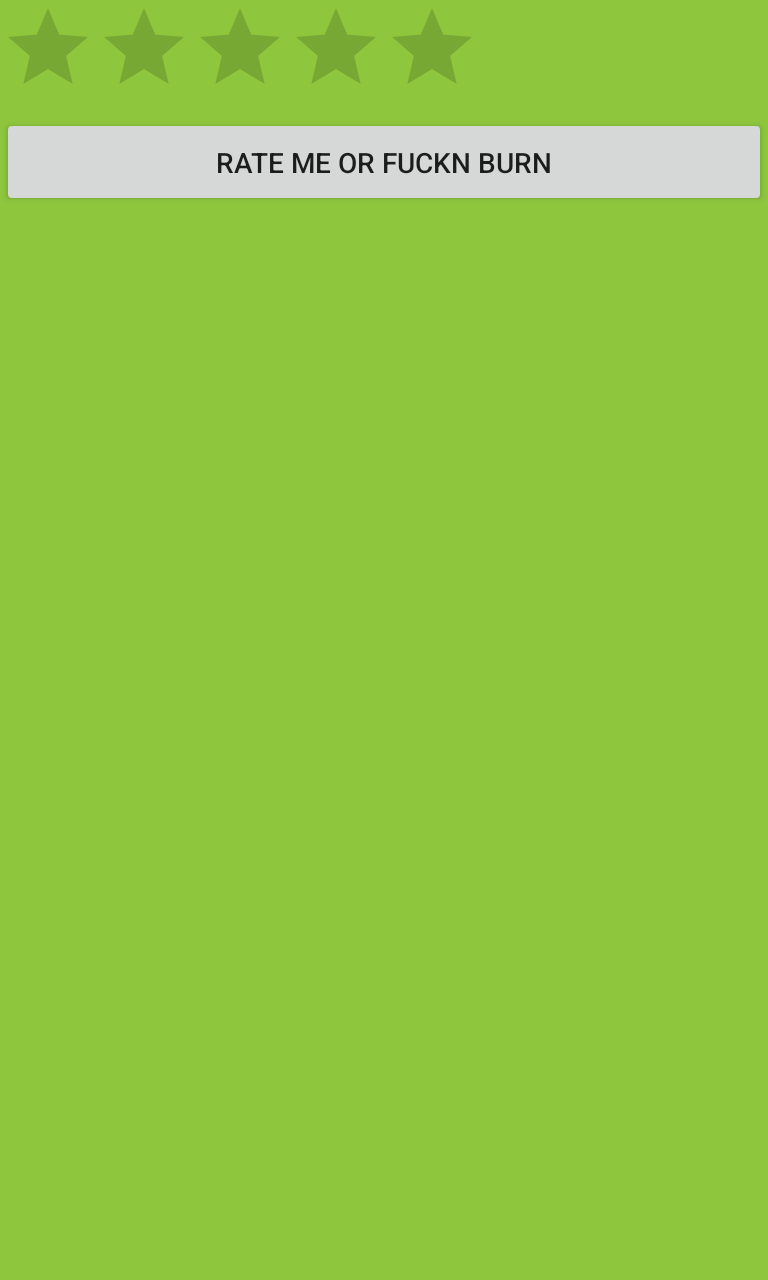
Repository: Hedlundaren/androidmenu
Layout: startmenu/res/layout/menu2.xml
An editor plug-in stored every save of this project. The layout is shown before and after the next save, followed by the edit.
It is drawn on a 768 x 1280 px phone screen (xhdpi) without system bars, with theme AppTheme; the app's code is not run.

Above is the layout before, as saved 2014-11-05 20:18:31.

### startmenu/res/layout/menu2.xml
<?xml version="1.0" encoding="utf-8"?>
<LinearLayout xmlns:android="http://schemas.android.com/apk/res/android"
    android:layout_width="match_parent"
    android:layout_height="match_parent"
    android:background="@drawable/green"
    android:orientation="vertical" >

    <RatingBar
        android:id="@+id/ratingBar1"
        android:layout_width="wrap_content"
        android:layout_height="wrap_content" />

    <Button
        android:id="@+id/button1"
        android:layout_width="match_parent"
        android:layout_height="wrap_content"
        android:text="RATE ME OR FUCKN BURN" />

</LinearLayout>

Loaded but not shown: startmenu/res/values/styles.xml (common file); startmenu/res/values-v11/styles.xml (common file); startmenu/res/values-v14/styles.xml (common file)

After the next save:
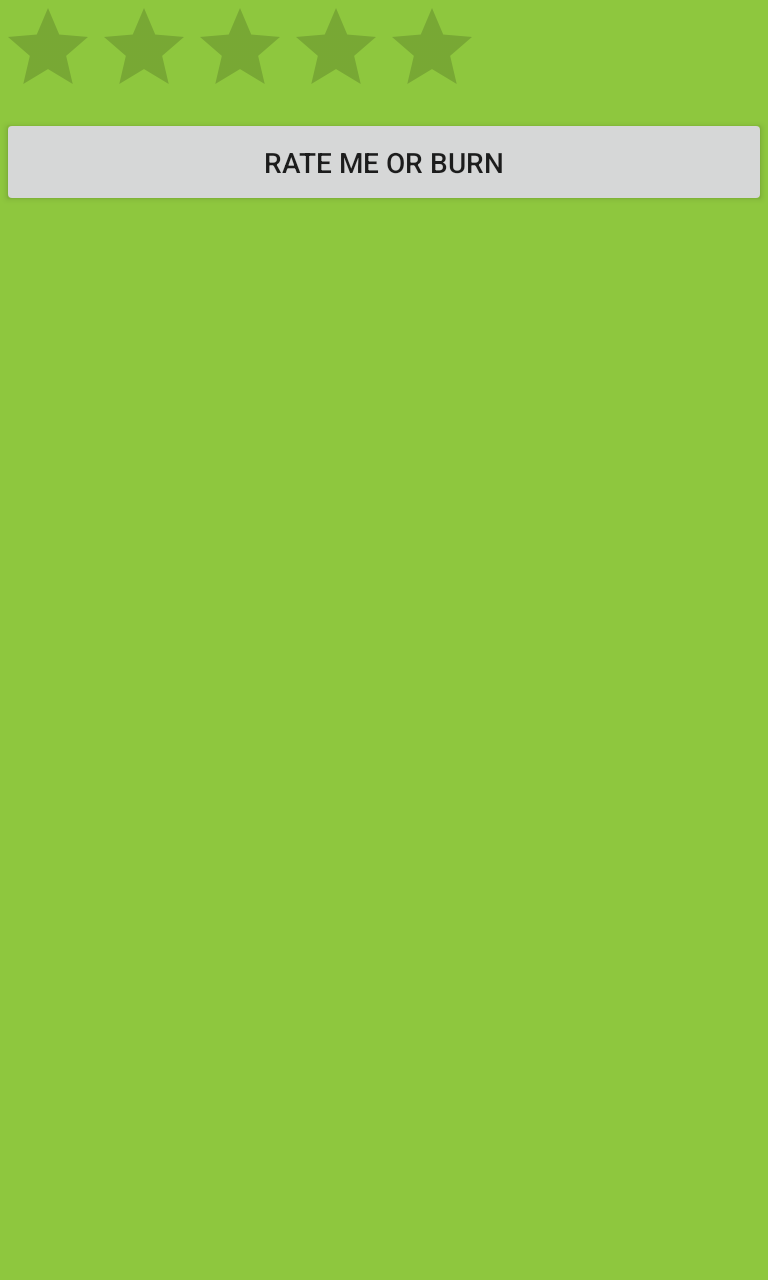
Saved 9 s later.
--- a/startmenu/res/layout/menu2.xml
+++ b/startmenu/res/layout/menu2.xml
@@ -14,6 +14,6 @@
         android:id="@+id/button1"
         android:layout_width="match_parent"
         android:layout_height="wrap_content"
-        android:text="RATE ME OR FUCKN BURN" />
+        android:text="RATE ME OR BURN" />
 
 </LinearLayout>
